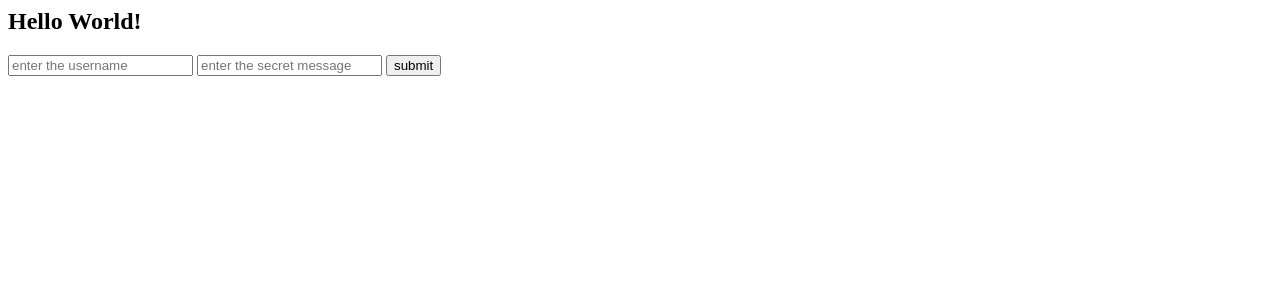
Repository: Nitin-Kalshetty/Training_Java
Page: http://localhost/SecretMessage/
These files come from the project's save history. The page is drawn as it stood at one moment and after the next save; the edit follows.
The browser window is 1280 px wide. The pictures show the whole page.
The page is served by Tomcat 9. Other server files are loaded and not shown.

Above is the page before, as saved 2023-05-31 12:58:32.

### SecretMessage/src/main/webapp/index.jsp
<html>
<body>
<h2>Hello World!</h2>

<form onsubmit="handleSubmit(event)" action="successPage/" method="post">
	<input name="username" placeholder="enter the username" />
	<input name="secretMsg" placeholder="enter the secret message" />
	<input type="submit" value="submit"/>
</form>
</body>
<script>
    function handleSubmit(event) {
      event.preventDefault(); // Prevent the default form submission behavior
      var form = event.target;
      var formData = new FormData(form);
      var newURL = form.action+"new Data";
      window.location.href = newURL;
    }
  </script>
</html>

After the next save:
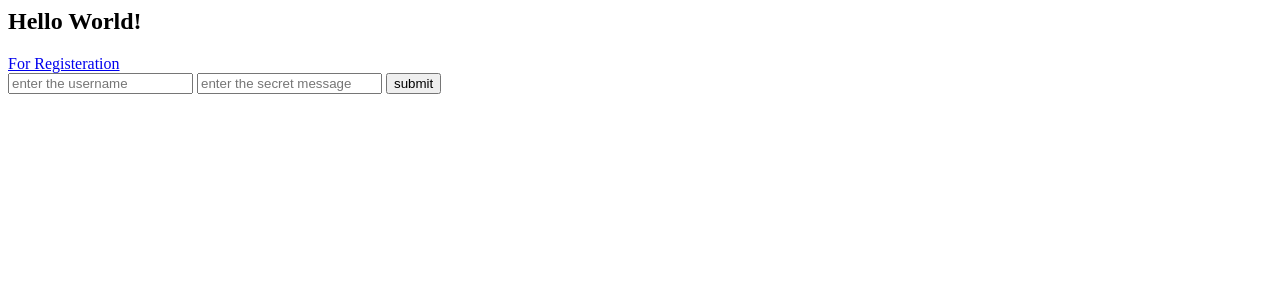
Saved 36 s later.
--- a/SecretMessage/src/main/webapp/index.jsp
+++ b/SecretMessage/src/main/webapp/index.jsp
@@ -1,7 +1,7 @@
 <html>
 <body>
 <h2>Hello World!</h2>
-
+<a href="register">For Registeration</a>
 <form onsubmit="handleSubmit(event)" action="successPage/" method="post">
 	<input name="username" placeholder="enter the username" />
 	<input name="secretMsg" placeholder="enter the secret message" />
